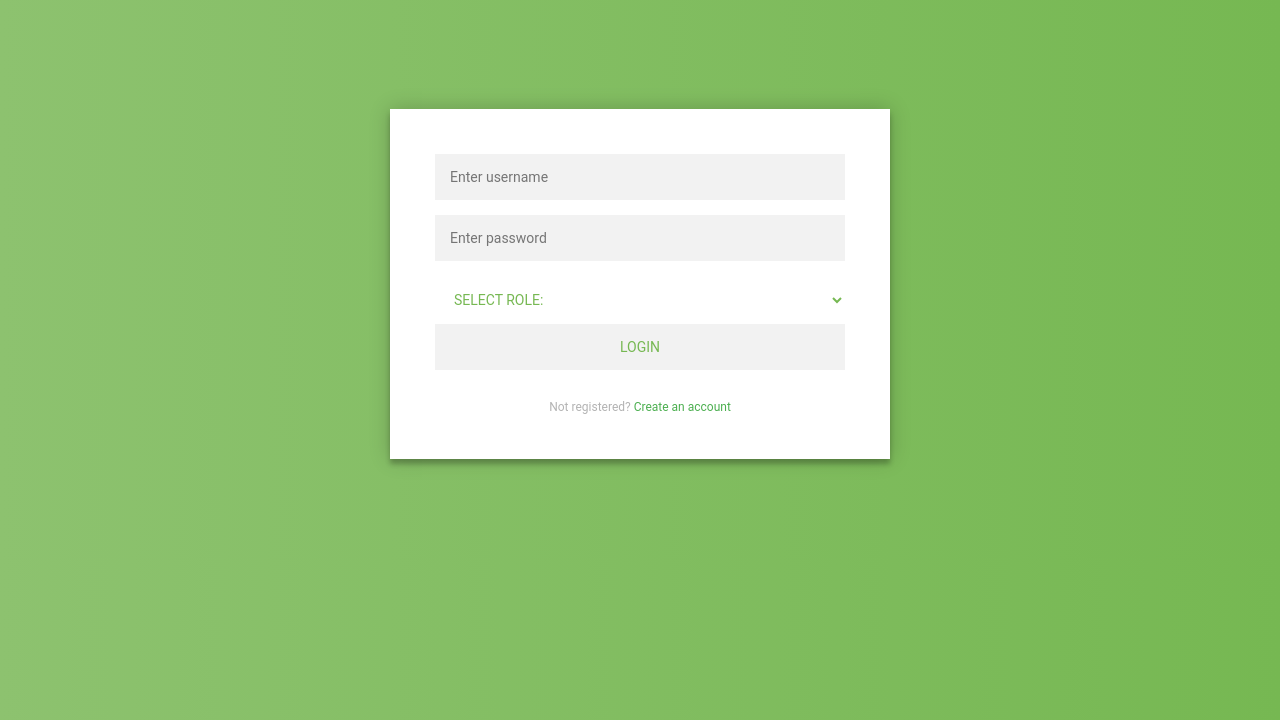
Repository: satishkumarms/WorkSpace
Page: MyWebDemos/WebContent/LoginPage.html
These files come from the project's save history. The page is drawn as it stood at one moment and after the next save; the edit follows.
The browser window is 1280 px wide. The pictures show the whole page.

Above is the page before, as saved 2018-07-18 06:59:33.

After the next save:
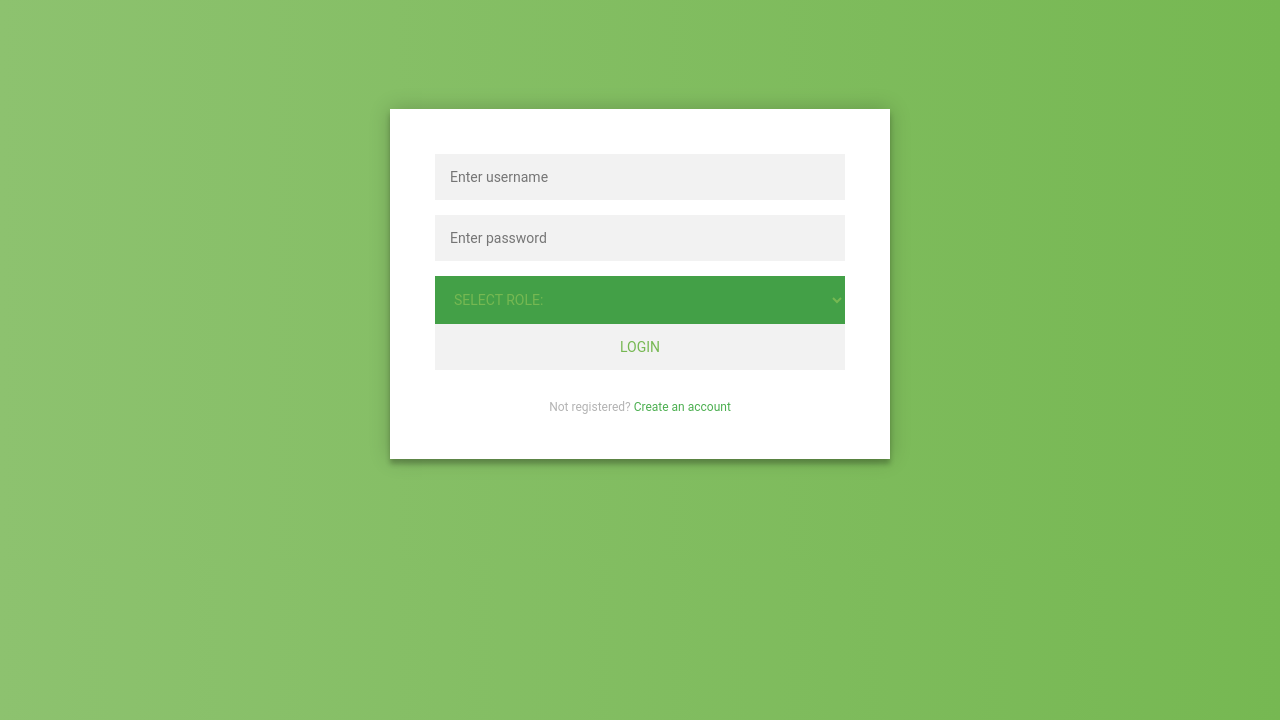
Saved 60 s later.
--- a/MyWebDemos/WebContent/LoginPage.html
+++ b/MyWebDemos/WebContent/LoginPage.html
@@ -121,7 +121,7 @@
    font-family: "Roboto", sans-serif;
   text-transform: uppercase;
   outline: 0;
-  background: #FFFFFF;
+  background: #43A047;
 
   width: 100%;
   border: 0;

After the save that followed:
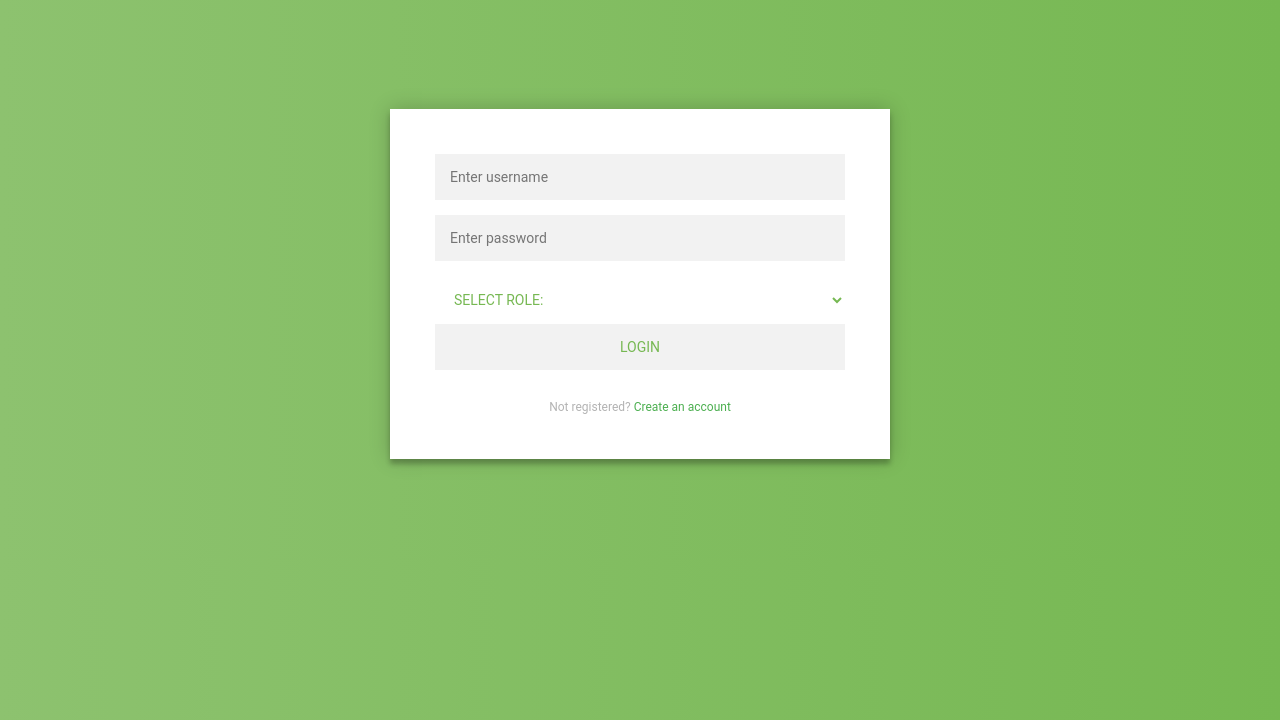
Saved 70 s later.
--- a/MyWebDemos/WebContent/LoginPage.html
+++ b/MyWebDemos/WebContent/LoginPage.html
@@ -121,7 +121,7 @@
    font-family: "Roboto", sans-serif;
   text-transform: uppercase;
   outline: 0;
-  background: #43A047;
+  background: #FFFFFF;
 
   width: 100%;
   border: 0;
